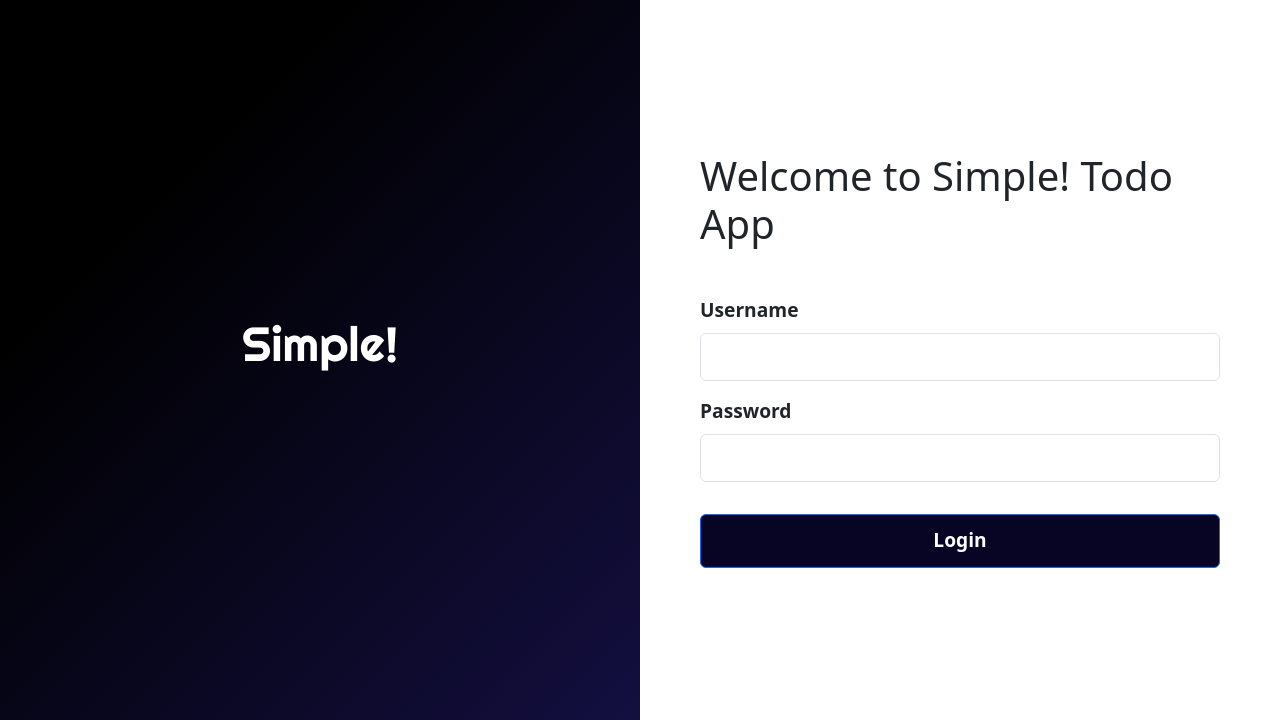
Repository: oboioz/SimpleTodoApp
Page: / (app in SimpleTodoAppFrontEnd/todo-app/)
These files come from the project's save history. The page is drawn as it stood at one moment and after the next save; the edit follows.
The browser window is 1280 px wide. The pictures show the whole page.
The project was rebuilt for these pictures with package versions that can differ from the ones it lists, and the page was loaded fresh each time. Also part of the build but not shown: SimpleTodoAppFrontEnd/todo-app/src/components/todo/Welcome/WelcomeStyle.css, SimpleTodoAppFrontEnd/todo-app/src/components/todo/Welcome/WelcomeComponent.jsx, SimpleTodoAppFrontEnd/todo-app/src/components/todo/error/ErrorComponent.jsx, SimpleTodoAppFrontEnd/todo-app/src/components/todo/header/HeaderComponent.jsx, SimpleTodoAppFrontEnd/todo-app/src/components/todo/list-todo/ListTodoComponent.jsx, SimpleTodoAppFrontEnd/todo-app/src/components/todo/logout/LogOutComponent.jsx.

Above is the page before, as saved 2024-04-06 16:49:48.

### SimpleTodoAppFrontEnd/todo-app/src/App.js
import 'bootstrap/dist/css/bootstrap.min.css';
import './App.css';
import TodoApp from './components/TodoApp';

function App() {
  return (
    <div className="App">
      <TodoApp />
    </div>
  )
}

export default App;

### SimpleTodoAppFrontEnd/todo-app/src/App.css
.App {
  text-align: center;
}

.App-logo {
  height: 40vmin;
  pointer-events: none;
}

@media (prefers-reduced-motion: no-preference) {
  .App-logo {
    animation: App-logo-spin infinite 20s linear;
  }
}

.App-header {
  background-color: #282c34;
  min-height: 100vh;
  display: flex;
  flex-direction: column;
  align-items: center;
  justify-content: center;
  font-size: calc(10px + 2vmin);
  color: white;
}

.App-link {
  color: #61dafb;
}

@keyframes App-logo-spin {
  from {
    transform: rotate(0deg);
  }
  to {
    transform: rotate(360deg);
  }
}

.btn {
  height: 54px;
  font-size: larger;
  font-weight: bold;
  background-color: #070424;

}

### SimpleTodoAppFrontEnd/todo-app/src/components/TodoApp.jsx
import { BrowserRouter, Route, Routes } from 'react-router-dom';
import LoginComponent from "./todo/Login/LoginComponent";
import WelcomeComponent from "./todo/Welcome/WelcomeComponent";
import ErrorComponent from "./todo/error/ErrorComponent";
import HeaderComponent from './todo/header/HeaderComponent';
import OptionalHeader from './todo/header/OptionalHeader';
import ListTodoComponent from './todo/list-todo/ListTodoComponent';
import LogoutComponent from './todo/logout/LogOutComponent';
import AuthProvider from './todo/security/AuthContext';

export default function TodoApp() {




    return (
        <div className="todo-app">


            <AuthProvider>


                <BrowserRouter>

                    <OptionalHeader>
                        <HeaderComponent />
                    </OptionalHeader>


                    <Routes>
                        <Route path='/' element={<LoginComponent />} />
                        <Route path='/login' element={<LoginComponent />} />
                        <Route path='/welcome/:username' element={<WelcomeComponent />} />
                        <Route path='/todos' element={<ListTodoComponent />} />
                        <Route path='/logout' element={<LogoutComponent />} />


                        <Route path='*' element={<ErrorComponent />} />

                    </Routes>

                    {/* <OptionalFooter>
                        <FooterComponent />
                    </OptionalFooter> */}


                </BrowserRouter>
            </AuthProvider>


        </div>
    )
}

### SimpleTodoAppFrontEnd/todo-app/src/components/todo/Login/LoginComponent.jsx
import { useState } from 'react';
import { useNavigate } from 'react-router-dom';
import { useAuth } from '../security/AuthContext';
import './LoginStyle.css';



function LoginComponent() {


    const [username, setUsername] = useState('')

    const [password, setPassword] = useState('')

    const [showErrorMessage, setShowErrorMessage] = useState(false)

    const navigate = useNavigate()

    const authContext = useAuth()





    function handleUsernameChange(event) {
        setUsername(event.target.value)
    }

    function handlePasswordChange(event) {
        setPassword(event.target.value)
    }

    async function handleSubmit() {
        if (authContext.login(username, password)) {
            navigate(`/welcome/${username}`)
            setShowErrorMessage(false)
        }
        else {
            setShowErrorMessage(true)
        }
    }

    return (

        <div className="Login container-fluid">

            <div className="row">
                <div className="col gradient-background">
                    <div className="Logo">
                        Simple!
                    </div>
                </div>
                <div className="col">

                    <form className="LoginForm m-5">
                        <h1 class="mb-5">Welcome to Simple! Todo App</h1>
                        <div>
                            <label className="form-label">Username</label>
                            <input type="text" name="username" className="form-control" value={username} onChange={handleUsernameChange} />
                        </div>
                        <div>
                            <label className="form-label">Password</label>
                            <input type="password" name="password" className="form-control" value={password} onChange={handlePasswordChange} />
                        </div>


                        {showErrorMessage && <div className="errorMessage alert alert-warning" role="alert">Authentication Failed. Please check your credentials.</div>}

                        <button type="button" name="login" class="btn btn-primary mt-3" onClick={handleSubmit}>Login</button>
                    </form>
                </div>
            </div>
        </div>

    )

}

export default LoginComponent;

### SimpleTodoAppFrontEnd/todo-app/src/components/todo/header/OptionalHeader.js
import React, { useEffect, useState } from 'react';
import { useLocation } from 'react-router-dom';

const OptionalHeader = ({ children }) => {

    const location = useLocation();

    const [showHeader, setShowHeader] = useState(false)

    useEffect(() => {
        if (location.pathname === '/' || location.pathname === '/login') {
            setShowHeader(false)
        } else {
            setShowHeader(true)
        }
    }, [location])

    return (
        <div>{showHeader && children}</div>
    )
}

export default OptionalHeader

### SimpleTodoAppFrontEnd/todo-app/src/components/todo/security/AuthContext.js
import { createContext, useContext, useState } from "react";

const AuthContext = createContext();
export const useAuth = () => useContext(AuthContext)



export default function AuthProvider({ children }) {

    const [isAuthenticated, setAuthenticated] = useState(false)

    const [username, setUsername] = useState(null)


    function login(username, password) {
        if (username === 'username' && password === 'password') {
            setAuthenticated(true)
            setUsername(username)
            return true
        }
        else {
            setAuthenticated(false)
            setUsername(null)
            return false
        }
    }

    function logout() {
        setAuthenticated(false)
        setUsername(null)
    }

    return (
        <AuthContext.Provider value={{ isAuthenticated, username, login, logout }}>
            {children}
        </AuthContext.Provider>
    );
}

### SimpleTodoAppFrontEnd/todo-app/src/components/todo/Login/LoginStyle.css
@import url('https://fonts.googleapis.com/css2?family=Righteous&display=swap');

.Login .row {
    display: flex;
    justify-content: center;
    align-items: center;
    height: 100vh;
}

.LoginForm {
    display: flex;
    flex-direction: column;
    text-align: left;
    justify-content: left;
    align-items: left;
    margin-top: -8vh;
}

.img {
    width: '100%';
    height: '100%';
    object-fit:'cover';
}

.gradient-background {
    background: linear-gradient(315deg, #130f40 0%, #000000 74%);
    height: 100%;
    display: flex;
    align-items: center;
    justify-content: center;
}

.Logo {
    font-family: 'Righteous', cursive;
    font-size: 3rem;
    color: white;
    margin-bottom: 2rem;
}

.form-control {
    margin-bottom: 1rem;
    height: 3rem;
}

.form-label {
    font-size: larger;
    font-weight: bold;
}

### SimpleTodoAppFrontEnd/todo-app/src/components/todo/header/HeaderStyle.css
@import url('https://fonts.googleapis.com/css2?family=Righteous&display=swap');

.logo {
    font-family: 'Righteous', cursive;
    color: #ffffff
}

Loaded but not shown: SimpleTodoAppFrontEnd/todo-app/public/index.html (common file); SimpleTodoAppFrontEnd/todo-app/src/index.js (common file); SimpleTodoAppFrontEnd/todo-app/src/index.css (common file); SimpleTodoAppFrontEnd/todo-app/src/reportWebVitals.js (common file)

After the next save:
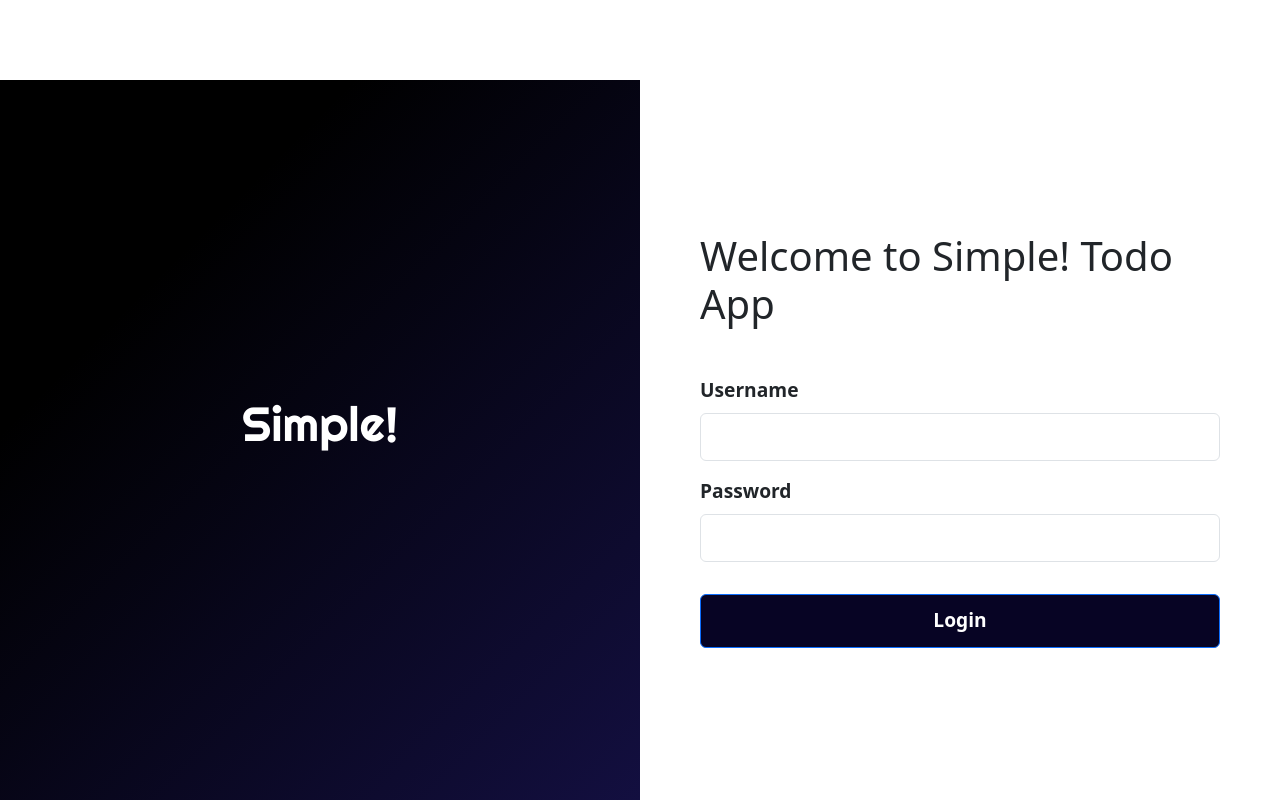
Saved 88 s later.
--- a/SimpleTodoAppFrontEnd/todo-app/src/components/TodoApp.jsx
+++ b/SimpleTodoAppFrontEnd/todo-app/src/components/TodoApp.jsx
@@ -27,17 +27,16 @@
                     </OptionalHeader>
 
 
-                    <Routes>
-                        <Route path='/' element={<LoginComponent />} />
-                        <Route path='/login' element={<LoginComponent />} />
-                        <Route path='/welcome/:username' element={<WelcomeComponent />} />
-                        <Route path='/todos' element={<ListTodoComponent />} />
-                        <Route path='/logout' element={<LogoutComponent />} />
-
-
-                        <Route path='*' element={<ErrorComponent />} />
-
-                    </Routes>
+                    <div style={{ paddingTop: '80px' }}>
+                        <Routes>
+                            <Route path='/' element={<LoginComponent />} />
+                            <Route path='/login' element={<LoginComponent />} />
+                            <Route path='/welcome/:username' element={<WelcomeComponent />} />
+                            <Route path='/todos' element={<ListTodoComponent />} />
+                            <Route path='/logout' element={<LogoutComponent />} />
+                            <Route path='*' element={<ErrorComponent />} />
+                        </Routes>
+                    </div>
 
                     {/* <OptionalFooter>
                         <FooterComponent />

After the save that followed:
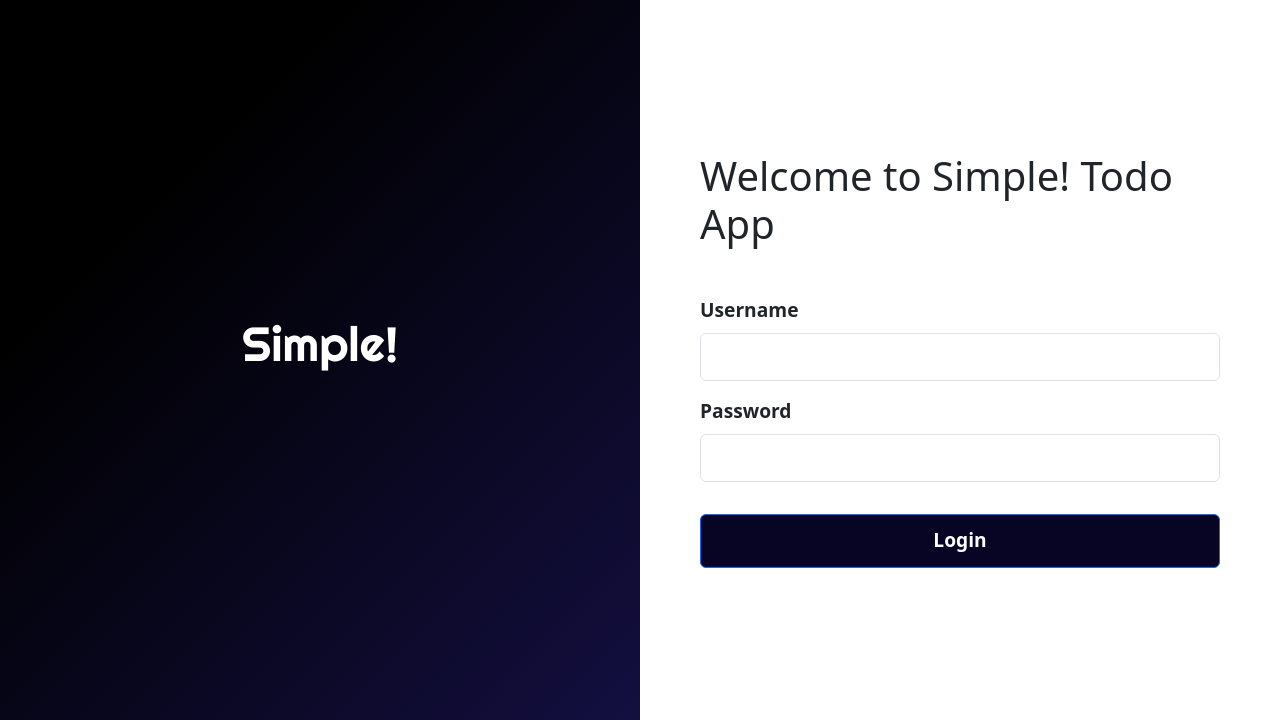
Saved 49 s later.
--- a/SimpleTodoAppFrontEnd/todo-app/src/components/TodoApp.jsx
+++ b/SimpleTodoAppFrontEnd/todo-app/src/components/TodoApp.jsx
@@ -27,16 +27,17 @@
                     </OptionalHeader>
 
 
-                    <div style={{ paddingTop: '80px' }}>
-                        <Routes>
-                            <Route path='/' element={<LoginComponent />} />
-                            <Route path='/login' element={<LoginComponent />} />
-                            <Route path='/welcome/:username' element={<WelcomeComponent />} />
-                            <Route path='/todos' element={<ListTodoComponent />} />
-                            <Route path='/logout' element={<LogoutComponent />} />
-                            <Route path='*' element={<ErrorComponent />} />
-                        </Routes>
-                    </div>
+                    <Routes>
+                        <Route path='/' element={<LoginComponent />} />
+                        <Route path='/login' element={<LoginComponent />} />
+                        <Route path='/welcome/:username' element={<WelcomeComponent />} />
+                        <Route path='/todos' element={<ListTodoComponent />} />
+                        <Route path='/logout' element={<LogoutComponent />} />
+
+
+                        <Route path='*' element={<ErrorComponent />} />
+
+                    </Routes>
 
                     {/* <OptionalFooter>
                         <FooterComponent />
